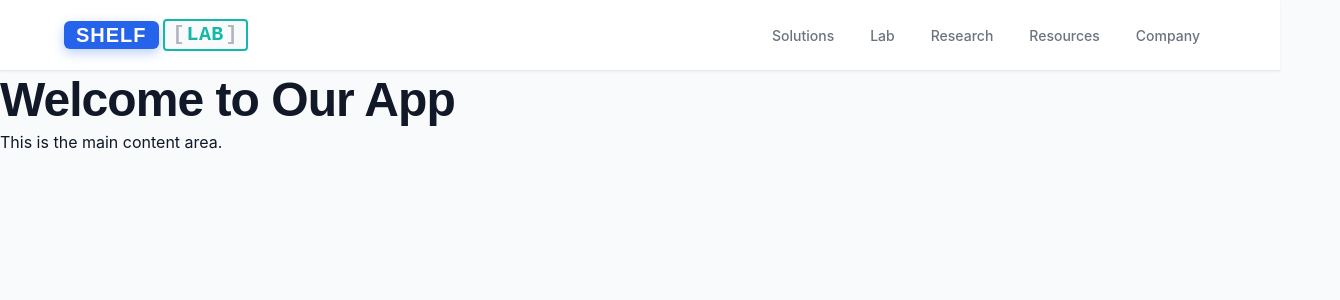
Repository: VladimirGagarin/shelf
Page: /
The author's editor kept a copy of each file at every save. The page is drawn from the files as they stood at one save, then again after the next save.
The browser window is 1280 px wide. The page is 1340 px wide, so the pictures cover 1340 px, including what lies to the right of the window. The pictures show the whole page.
The project was rebuilt for these pictures with package versions that can differ from the ones it lists, and the page was loaded fresh each time. Also part of the build but not shown: vite.config.js, src/App.css, src/About/about.jsx.

Above is the page before, as saved 2026-07-13 18:26:38.

### index.html
<!doctype html>
<html lang="en">
  <head>
    <meta charset="UTF-8" />
    <link rel="icon" type="image/svg+xml" href="/favicon.svg" />
    <meta name="viewport" content="width=device-width, initial-scale=1.0" />
    <title>shelf-lab</title>
  </head>
  <body>
    <div id="root"></div>
    <script type="module" src="/src/main.jsx"></script>
  </body>
</html>

### src/main.jsx
import { StrictMode } from 'react'
import { createRoot } from 'react-dom/client'
import './index.css'
import App from './App.jsx'
import { createBrowserRouter, RouterProvider } from "react-router-dom";
import AboutPage from './About/about.jsx'

const router = createBrowserRouter([
  {
    path: "/",
    element: <App />,
  },
  {
    path: "/about",
    element: <AboutPage />,
  },
  {
    path:"*",
    element: <App/>,
  }
]);

createRoot(document.getElementById('root')).render(
  <StrictMode>
    <RouterProvider router={router} />
  </StrictMode>,
)

### src/App.jsx
import Navbar from "./Shared/components/Navbar"
import './App.css'

function App() {


  return (
    <>
      <Navbar />
      <section className="LandingPage">
        <h1>Welcome to Our App</h1>
        <p>This is the main content area.</p>
      </section>
      <section className="LandingPage"></section>
    </>
  )
}

export default App

### src/About/about.css
/* about.css */

/* ========================================
   ABOUT PAGE STYLES
   ======================================== */

   :root {
  /* ===== COLORS ===== */
  /* Backgrounds */
  --bg-primary: #F8FAFC;
  --bg-surface: #FFFFFF;
  --bg-card: #FFFFFF;

  /* Primary */
  --color-primary: #2563EB;
  --color-primary-hover: #1D4ED8;

  /* Accent */
  --color-accent: #14B8A6;

  /* Text */
  --color-text: #111827;
  --color-text-secondary: #6B7280;

  /* Borders */
  --color-border: #E5E7EB;

  /* Status */
  --color-success: #22C55E;
  --color-warning: #F59E0B;
  --color-danger: #EF4444;

  /* ===== TYPOGRAPHY ===== */
  /* Font Families */
  --font-heading: 'Space Grotesk', 'Sora', sans-serif;
  --font-body: 'Inter', -apple-system, BlinkMacSystemFont, 'Segoe UI', Roboto, sans-serif;
  --font-code: 'JetBrains Mono', 'Fira Code', 'Cascadia Code', monospace;

  /* Font Sizes */
  --text-xs: 0.75rem;    /* 12px */
  --text-sm: 0.875rem;   /* 14px */
  --text-base: 1rem;     /* 16px */
  --text-lg: 1.125rem;   /* 18px */
  --text-xl: 1.25rem;    /* 20px */
  --text-2xl: 1.5rem;    /* 24px */
  --text-3xl: 1.875rem;  /* 30px */
  --text-4xl: 2.25rem;   /* 36px */
  --text-5xl: 3rem;      /* 48px */

  /* Font Weights */
  --font-light: 300;
  --font-regular: 400;
  --font-medium: 500;
  --font-semibold: 600;
  --font-bold: 700;
}

/* ===== DARK THEME ===== */
@media (prefers-color-scheme: dark) {
  :root {
    /* Backgrounds */
    --bg-primary: #0B1220;
    --bg-surface: #111827;
    --bg-card: #1E293B;

    /* Primary */
    --color-primary: #3B82F6;
    --color-primary-hover: #2563EB;

    /* Accent */
    --color-accent: #2DD4BF;

    /* Text */
    --color-text: #F8FAFC;
    --color-text-secondary: #CBD5E1;

    /* Borders */
    --color-border: #334155;

    /* Status */
    --color-success: #22C55E;
    --color-warning: #FBBF24;
    --color-danger: #F87171;
  }
}

/* ========================================
   HERO SECTION
   ======================================== */

.hero-section {
  min-height: 80vh;
  display: flex;
  align-items: center;
  background: linear-gradient(135deg, var(--bg-primary) 0%, var(--bg-surface) 100%);
  padding: 4rem 2rem;
  position: relative;
  overflow: hidden;
}

.hero-content {
  flex: 1;
  max-width: 700px;
  position: relative;
  z-index: 2;
}

.hero-badge {
  display: inline-block;
  background: var(--color-primary);
  color: white;
  padding: 0.25rem 1rem;
  border-radius: 50px;
  font-size: var(--text-xs);
  font-weight: var(--font-semibold);
  text-transform: uppercase;
  letter-spacing: 0.05em;
  margin-bottom: 1.5rem;
}

.hero-content h1 {
  font-size: var(--text-5xl);
  font-weight: var(--font-bold);
  color: var(--color-text);
  margin-bottom: 0.5rem;
  letter-spacing: -0.02em;
}

.hero-content h2 {
  font-size: var(--text-3xl);
  font-weight: var(--font-medium);
  color: var(--color-primary);
  margin-bottom: 1.5rem;
}

.hero-description {
  font-size: var(--text-lg);
  color: var(--color-text-secondary);
  line-height: 1.8;
  max-width: 550px;
  margin-bottom: 2rem;
}

.cta-group {
  display: flex;
  gap: 1rem;
  flex-wrap: wrap;
}

.btn-primary {
  display: inline-flex;
  align-items: center;
  gap: 0.5rem;
  background: var(--color-primary);
  color: white;
  padding: 0.75rem 1.75rem;
  border-radius: 0.5rem;
  font-weight: var(--font-medium);
  text-decoration: none;
  transition: all 0.3s ease;
}

.btn-primary:hover {
  background: var(--color-primary-hover);
  transform: translateY(-2px);
  box-shadow: 0 10px 20px rgba(37, 99, 235, 0.3);
}

.btn-secondary {
  display: inline-flex;
  align-items: center;
  gap: 0.5rem;
  background: transparent;
  color: var(--color-text);
  padding: 0.75rem 1.75rem;
  border: 2px solid var(--color-border);
  border-radius: 0.5rem;
  font-weight: var(--font-medium);
  text-decoration: none;
  transition: all 0.3s ease;
}

.btn-secondary:hover {
  border-color: var(--color-primary);
  color: var(--color-primary);
  transform: translateY(-2px);
}

.hero-visual {
  flex: 1;
  position: relative;
  min-height: 400px;
}

.floating-shapes {
  position: relative;
  width: 100%;
  height: 100%;
}

.shape {
  position: absolute;
  border-radius: 50%;
  background: var(--color-primary);
  opacity: 0.1;
  animation: float 6s ease-in-out infinite;
}

.shape-1 {
  width: 200px;
  height: 200px;
  top: 20%;
  right: 20%;
  animation-delay: 0s;
}

.shape-2 {
  width: 150px;
  height: 150px;
  top: 50%;
  right: 50%;
  animation-delay: 2s;
  background: var(--color-accent);
}

.shape-3 {
  width: 100px;
  height: 100px;
  top: 10%;
  right: 60%;
  animation-delay: 4s;
  background: var(--color-success);
}

@keyframes float {
  0%, 100% { transform: translateY(0) rotate(0deg); }
  50% { transform: translateY(-20px) rotate(10deg); }
}

/* ========================================
   WHO WE ARE SECTION
   ======================================== */

.who-we-are-section {
  padding: 5rem 2rem;
  background: var(--bg-surface);
}

.section-container {
  max-width: 1200px;
  margin: 0 auto;
}

.section-header {
  text-align: center;
  margin-bottom: 3rem;
}

.section-tag {
  display: inline-block;
  color: var(--color-primary);
  font-size: var(--text-xs);
  font-weight: var(--font-semibold);
  text-transform: uppercase;
  letter-spacing: 0.1em;
  margin-bottom: 0.5rem;
}

.section-header h2 {
  font-size: var(--text-4xl);
  font-weight: var(--font-bold);
  color: var(--color-text);
  margin-bottom: 0.75rem;
}

.section-subtitle {
  font-size: var(--text-lg);
  color: var(--color-text-secondary);
  max-width: 600px;
  margin: 0 auto;
}

.who-we-are-grid {
  display: grid;
  grid-template-columns: 1fr 1fr;
  gap: 4rem;
  align-items: center;
}

.who-we-are-content p {
  font-size: var(--text-lg);
  color: var(--color-text-secondary);
  line-height: 1.8;
  margin-bottom: 1.5rem;
}

.who-we-are-stats {
  display: grid;
  grid-template-columns: 1fr 1fr 1fr;
  gap: 2rem;
}

.stat-item {
  text-align: center;
  padding: 2rem;
  background: var(--bg-primary);
  border-radius: 0.75rem;
  border: 1px solid var(--color-border);
}

.stat-number {
  display: block;
  font-size: var(--text-3xl);
  font-weight: var(--font-bold);
  color: var(--color-primary);
  margin-bottom: 0.5rem;
}

.stat-label {
  font-size: var(--text-sm);
  color: var(--color-text-secondary);
}

/* ========================================
   MISSION SECTION
   ======================================== */

.mission-section {
  padding: 5rem 2rem;
  background: linear-gradient(135deg, var(--bg-primary) 0%, var(--bg-surface) 100%);
}

.mission-grid {
  display: grid;
  grid-template-columns: 1fr 1fr;
  gap: 3rem;
  max-width: 1000px;
  margin: 0 auto;
}

.mission-card {
  background: var(--bg-card);
  padding: 3rem;
  border-radius: 1rem;
  border: 1px solid var(--color-border);
  text-align: center;
  transition: all 0.3s ease;
}

.mission-card:hover {
  transform: translateY(-5px);
  box-shadow: 0 20px 40px rgba(0, 0, 0, 0.08);
}

.mission-icon {
  font-size: 3rem;
  margin-bottom: 1rem;
}

.mission-card h3 {
  font-size: var(--text-2xl);
  font-weight: var(--font-bold);
  color: var(--color-text);
  margin-bottom: 1rem;
}

.mission-card p {
  color: var(--color-text-secondary);
  line-height: 1.8;
}

/* ========================================
   PRINCIPLES SECTION
   ======================================== */

.principles-section {
  padding: 5rem 2rem;
  background: var(--bg-surface);
}

.principles-cards {
  display: grid;
  grid-template-columns: repeat(auto-fit, minmax(250px, 1fr));
  gap: 2rem;
}

.principle-card {
  background: var(--bg-card);
  padding: 2.5rem 2rem;
  border-radius: 1rem;
  border: 1px solid var(--color-border);
  text-align: center;
  transition: all 0.3s ease;
}

.principle-card:hover {
  transform: translateY(-5px);
  border-color: var(--color-primary);
  box-shadow: 0 10px 30px rgba(37, 99, 235, 0.1);
}

.principle-icon-wrapper {
  display: inline-flex;
  align-items: center;
  justify-content: center;
  width: 64px;
  height: 64px;
  border-radius: 50%;
  background: var(--bg-primary);
  color: var(--color-primary);
  font-size: 1.5rem;
  margin-bottom: 1rem;
  transition: all 0.3s ease;
}

.principle-card:hover .principle-icon-wrapper {
  background: var(--color-primary);
  color: white;
}

.principle-card h3 {
  font-size: var(--text-xl);
  font-weight: var(--font-semibold);
  color: var(--color-text);
  margin-bottom: 0.5rem;
}

.principle-tagline {
  color: var(--color-primary);
  font-weight: var(--font-medium);
  margin-bottom: 0.75rem;
}

.principle-description {
  color: var(--color-text-secondary);
  font-size: var(--text-sm);
  line-height: 1.6;
}

/* ========================================
   WORKFLOW SECTION
   ======================================== */

.workflow-section {
  padding: 5rem 2rem;
  background: var(--bg-primary);
}

.workflow-steps {
  display: flex;
  justify-content: space-between;
  align-items: flex-start;
  gap: 1rem;
  overflow-x: auto;
  padding: 1rem 0;
}

.workflow-step-wrapper {
  display: flex;
  align-items: center;
  flex: 1;
  min-width: 140px;
}

.step-card {
  background: var(--bg-card);
  padding: 2rem 1.5rem;
  border-radius: 0.75rem;
  border: 1px solid var(--color-border);
  text-align: center;
  flex: 1;
  transition: all 0.3s ease;
  position: relative;
}

.step-card:hover {
  transform: translateY(-5px);
  border-color: var(--color-primary);
  box-shadow: 0 10px 30px rgba(37, 99, 235, 0.1);
}

.step-number {
  display: inline-flex;
  align-items: center;
  justify-content: center;
  width: 40px;
  height: 40px;
  border-radius: 50%;
  background: var(--color-primary);
  color: white;
  font-weight: var(--font-bold);
  margin-bottom: 1rem;
}

.step-icon {
  font-size: 1.5rem;
  color: var(--color-primary);
  margin-bottom: 0.75rem;
}

.step-card h3 {
  font-size: var(--text-base);
  font-weight: var(--font-semibold);
  color: var(--color-text);
  margin-bottom: 0.5rem;
}

.step-card p {
  font-size: var(--text-xs);
  color: var(--color-text-secondary);
}

.step-connector {
  color: var(--color-text-secondary);
  font-size: 1.5rem;
  padding: 0 0.5rem;
  flex-shrink: 0;
}

/* ========================================
   INDUSTRIES SECTION
   ======================================== */

.industries-section {
  padding: 5rem 2rem;
  background: var(--bg-surface);
}

.industries-grid {
  display: grid;
  grid-template-columns: repeat(auto-fit, minmax(250px, 1fr));
  gap: 2rem;
}

.industry-card {
  background: var(--bg-card);
  padding: 2.5rem 2rem;
  border-radius: 1rem;
  border: 1px solid var(--color-border);
  text-align: center;
  transition: all 0.3s ease;
}

.industry-card:hover {
  transform: translateY(-5px);
  box-shadow: 0 10px 30px rgba(0, 0, 0, 0.08);
}

.industry-icon {
  font-size: 2.5rem;
  color: var(--color-primary);
  margin-bottom: 1rem;
}

.industry-card h3 {
  font-size: var(--text-xl);
  font-weight: var(--font-semibold);
  color: var(--color-text);
  margin-bottom: 1rem;
}

.industry-items {
  list-style: none;
  padding: 0;
  margin: 0;
}

.industry-items li {
  padding: 0.5rem 0;
  color: var(--color-text-secondary);
  font-size: var(--text-sm);
  border-bottom: 1px solid var(--color-border);
}

.industry-items li:last-child {
  border-bottom: none;
}

/* ========================================
   WHY SHELFLAB SECTION
   ======================================== */

.why-shelflab-section {
  padding: 5rem 2rem;
  background: var(--bg-primary);
}

.why-shelflab-grid {
  display: grid;
  grid-template-columns: repeat(auto-fit, minmax(300px, 1fr));
  gap: 2rem;
}

.why-shelflab-card {
  background: var(--bg-card);
  padding: 3rem 2rem;
  border-radius: 1rem;
  border: 1px solid var(--color-border);
  text-align: center;
  transition: all 0.3s ease;
}

.why-shelflab-card:hover {
  transform: translateY(-5px);
  box-shadow: 0 10px 30px rgba(0, 0, 0, 0.08);
}

.pillar-icon {
  font-size: 3rem;
  color: var(--color-primary);
  margin-bottom: 1rem;
}

.why-shelflab-card h3 {
  font-size: var(--text-xl);
  font-weight: var(--font-semibold);
  color: var(--color-text);
  margin-bottom: 0.75rem;
}

.why-shelflab-card p {
  color: var(--color-text-secondary);
  line-height: 1.6;
}

/* ========================================
   CTA SECTION
   ======================================== */

.cta-section {
  padding: 5rem 2rem;
  background: linear-gradient(135deg, var(--color-primary) 0%, var(--color-primary-hover) 100%);
  text-align: center;
  position: relative;
  overflow: hidden;
}

.cta-section::before {
  content: '';
  position: absolute;
  top: -50%;
  right: -50%;
  width: 100%;
  height: 200%;
  background: rgba(255, 255, 255, 0.05);
  transform: rotate(30deg);
}

.cta-content {
  position: relative;
  z-index: 1;
  max-width: 700px;
  margin: 0 auto;
}

.cta-content h2 {
  font-size: var(--text-4xl);
  font-weight: var(--font-bold);
  color: white;
  margin-bottom: 1.5rem;
}

.cta-content p {
  font-size: var(--text-lg);
  color: rgba(255, 255, 255, 0.9);
  line-height: 1.8;
  margin-bottom: 2rem;
}

.btn-large {
  padding: 1rem 2.5rem;
  font-size: var(--text-lg);
  background: white;
  color: var(--color-primary);
}

.btn-large:hover {
  background: var(--bg-primary);
  transform: translateY(-3px);
  box-shadow: 0 15px 30px rgba(0, 0, 0, 0.2);
}

/* ========================================
   FOOTER
   ======================================== */

.footer {
  background: var(--bg-surface);
  border-top: 1px solid var(--color-border);
  padding: 3rem 2rem 1rem;
}

.footer-content {
  max-width: 1200px;
  margin: 0 auto;
  display: grid;
  grid-template-columns: 2fr 3fr;
  gap: 3rem;
  margin-bottom: 2rem;
}

.footer-brand h2 {
  font-size: var(--text-2xl);
  color: var(--color-primary);
  margin-bottom: 0.5rem;
}

.footer-brand p {
  color: var(--color-text-secondary);
}

.footer-links {
  display: grid;
  grid-template-columns: repeat(3, 1fr);
  gap: 2rem;
}

.footer-column h4 {
  font-size: var(--text-sm);
  font-weight: var(--font-semibold);
  color: var(--color-text);
  margin-bottom: 1rem;
}

.footer-column a {
  display: block;
  color: var(--color-text-secondary);
  text-decoration: none;
  padding: 0.25rem 0;
  font-size: var(--text-sm);
  transition: color 0.3s ease;
}

.footer-column a:hover {
  color: var(--color-primary);
}

.footer-bottom {
  max-width: 1200px;
  margin: 0 auto;
  padding-top: 2rem;
  border-top: 1px solid var(--color-border);
  text-align: center;
}

.footer-bottom p {
  color: var(--color-text-secondary);
  font-size: var(--text-sm);
}

/* ========================================
   RESPONSIVE DESIGN
   ======================================== */

@media (max-width: 1024px) {
  .hero-section {
    flex-direction: column;
    text-align: center;
    padding: 3rem 1.5rem;
  }

  .hero-content {
    max-width: 100%;
  }

  .hero-description {
    margin: 0 auto 2rem;
  }

  .cta-group {
    justify-content: center;
  }

  .who-we-are-grid {
    grid-template-columns: 1fr;
    gap: 2rem;
  }

  .mission-grid {
    grid-template-columns: 1fr;
    gap: 2rem;
  }

  .footer-content {
    grid-template-columns: 1fr;
    gap: 2rem;
  }
}

@media (max-width: 768px) {
  .hero-content h1 {
    font-size: var(--text-3xl);
  }

  .hero-content h2 {
    font-size: var(--text-2xl);
  }

  .hero-description {
    font-size: var(--text-base);
  }

  .who-we-are-stats {
    grid-template-columns: 1fr;
    gap: 1rem;
  }

  .workflow-steps {
    flex-direction: column;
    align-items: stretch;
  }

  .workflow-step-wrapper {
    flex-direction: column;
    min-width: auto;
  }

  .step-connector {
    transform: rotate(90deg);
    padding: 0.5rem 0;
  }

  .footer-links {
    grid-template-columns: 1fr 1fr;
  }

  .cta-content h2 {
    font-size: var(--text-3xl);
  }

  .principles-cards {
    grid-template-columns: 1fr 1fr;
  }
}

@media (max-width: 480px) {
  .hero-section {
    padding: 2rem 1rem;
    min-height: 60vh;
  }

  .hero-content h1 {
    font-size: var(--text-2xl);
  }

  .hero-content h2 {
    font-size: var(--text-xl);
  }

  .cta-group {
    flex-direction: column;
    align-items: center;
  }

  .btn-primary,
  .btn-secondary {
    width: 100%;
    justify-content: center;
  }

  .principles-cards {
    grid-template-columns: 1fr;
  }

  .industries-grid {
    grid-template-columns: 1fr;
  }

  .why-shelflab-grid {
    grid-template-columns: 1fr;
  }

  .footer-links {
    grid-template-columns: 1fr;
  }

  .section-header h2 {
    font-size: var(--text-3xl);
  }

  .mission-card {
    padding: 2rem 1.5rem;
  }
}

/* ========================================
   DARK THEME OVERRIDES
   ======================================== */

@media (prefers-color-scheme: dark) {
  .hero-section {
    background: linear-gradient(135deg, var(--bg-primary) 0%, var(--bg-surface) 100%);
  }

  .mission-section {
    background: linear-gradient(135deg, var(--bg-primary) 0%, var(--bg-surface) 100%);
  }

  .principle-card:hover {
    box-shadow: 0 10px 30px rgba(59, 130, 246, 0.15);
  }

  .stat-item {
    background: var(--bg-surface);
  }

  .cta-section {
    background: linear-gradient(135deg, #1D4ED8 0%, #1E3A8A 100%);
  }
}

/* ========================================
   ACCESSIBILITY
   ======================================== */

@media (prefers-reduced-motion: reduce) {
  * {
    animation-duration: 0.01ms !important;
    animation-iteration-count: 1 !important;
    transition-duration: 0.01ms !important;
  }
}

:focus-visible {
  outline: 2px solid var(--color-primary);
  outline-offset: 2px;
}

/* ========================================
   HERO TITLE WITH STYLED SHELF & LAB
   ======================================== */

.hero-title {
  font-size: var(--text-5xl);
  font-weight: var(--font-bold);
  color: var(--color-text);
  margin-bottom: 0.5rem;
  letter-spacing: -0.02em;
  display: flex;
  align-items: center;
  flex-wrap: wrap;
  gap: 0.25rem;
}

/* SHELF in a box */
.shelf-box {
  display: inline-block;
  background: var(--color-primary);
  color: white;
  padding: 0.1rem 0.75rem;
  border-radius: 0.5rem;
  font-family: var(--font-heading);
  font-weight: var(--font-bold);
  letter-spacing: 0.05em;
  position: relative;
  transition: all 0.3s ease;
  box-shadow: 0 4px 12px rgba(37, 99, 235, 0.3);
}

.shelf-box:hover {
  transform: scale(1.05);
  box-shadow: 0 8px 24px rgba(37, 99, 235, 0.4);
}

/* LAB in different font */
.lab-text {
  display: inline-block;
  font-family: var(--font-code);
  font-weight: var(--font-bold);
  color: var(--color-accent);
  letter-spacing: 0.02em;
  position: relative;
  padding: 0 0.25rem;
  transition: all 0.3s ease;
}

.lab-text::before {
  content: '[';
  color: var(--color-text-secondary);
  opacity: 0.5;
  margin-right: 0.1rem;
}

.lab-text::after {
  content: ']';
  color: var(--color-text-secondary);
  opacity: 0.5;
  margin-left: 0.1rem;
}

.lab-text:hover {
  color: var(--color-primary);
  transform: translateY(-2px);
}

/* Alternative: If you want LAB in a different color and font with badge style */
.lab-text-badge {
  display: inline-block;
  font-family: var(--font-code);
  font-weight: var(--font-bold);
  background: var(--bg-card);
  color: var(--color-accent);
  padding: 0.1rem 0.5rem;
  border-radius: 0.25rem;
  border: 2px solid var(--color-accent);
  letter-spacing: 0.05em;
  transition: all 0.3s ease;
}

.lab-text-badge:hover {
  background: var(--color-accent);
  color: white;
  transform: rotate(-2deg) scale(1.05);
}

/* ========================================
   RESPONSIVE ADJUSTMENTS FOR TITLE
   ======================================== */

@media (max-width: 768px) {
  .hero-title {
    font-size: var(--text-3xl);
    gap: 0.15rem;
  }

  .shelf-box {
    padding: 0.05rem 0.5rem;
    font-size: var(--text-3xl);
  }

  .lab-text {
    font-size: var(--text-3xl);
  }
}

@media (max-width: 480px) {
  .hero-title {
    font-size: var(--text-2xl);
    gap: 0.1rem;
  }

  .shelf-box {
    padding: 0.05rem 0.4rem;
    font-size: var(--text-2xl);
  }

  .lab-text {
    font-size: var(--text-2xl);
  }
}

.shelf-box {
  display: inline-block;
  background: var(--color-primary);
  color: white;
  padding: 0.1rem 0.75rem;
  border-radius: 0.375rem;
  font-family: var(--font-heading);
  font-weight: var(--font-bold);
  box-shadow: 0 4px 12px rgba(37, 99, 235, 0.3);
}

.lab-text {
  font-family: var(--font-code);
  font-weight: var(--font-bold);
  color: var(--color-accent);
  background: var(--bg-primary);
  padding: 0.1rem 0.5rem;
  border-radius: 0.25rem;
  border: 2px solid var(--color-accent);
}

Loaded but not shown: src/Shared/components/Navbar.css (606 lines, source omitted); src/index.css (384 lines, source omitted); src/Shared/components/Navbar.jsx (209 lines, source omitted)

After the next save:
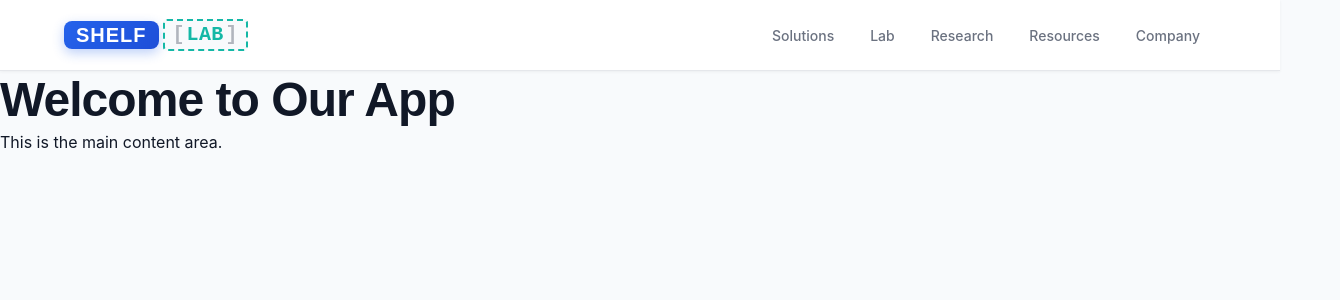
Saved 53 s later.
--- a/src/About/about.css
+++ b/src/About/about.css
@@ -1051,10 +1051,10 @@
 
 .shelf-box {
   display: inline-block;
-  background: var(--color-primary);
+  background: linear-gradient(135deg, var(--color-primary), var(--color-primary-hover));
   color: white;
   padding: 0.1rem 0.75rem;
-  border-radius: 0.375rem;
+  border-radius: 0.5rem;
   font-family: var(--font-heading);
   font-weight: var(--font-bold);
   box-shadow: 0 4px 12px rgba(37, 99, 235, 0.3);
@@ -1067,5 +1067,5 @@
   background: var(--bg-primary);
   padding: 0.1rem 0.5rem;
   border-radius: 0.25rem;
-  border: 2px solid var(--color-accent);
-}
+  border: 2px dashed var(--color-accent);
+}
